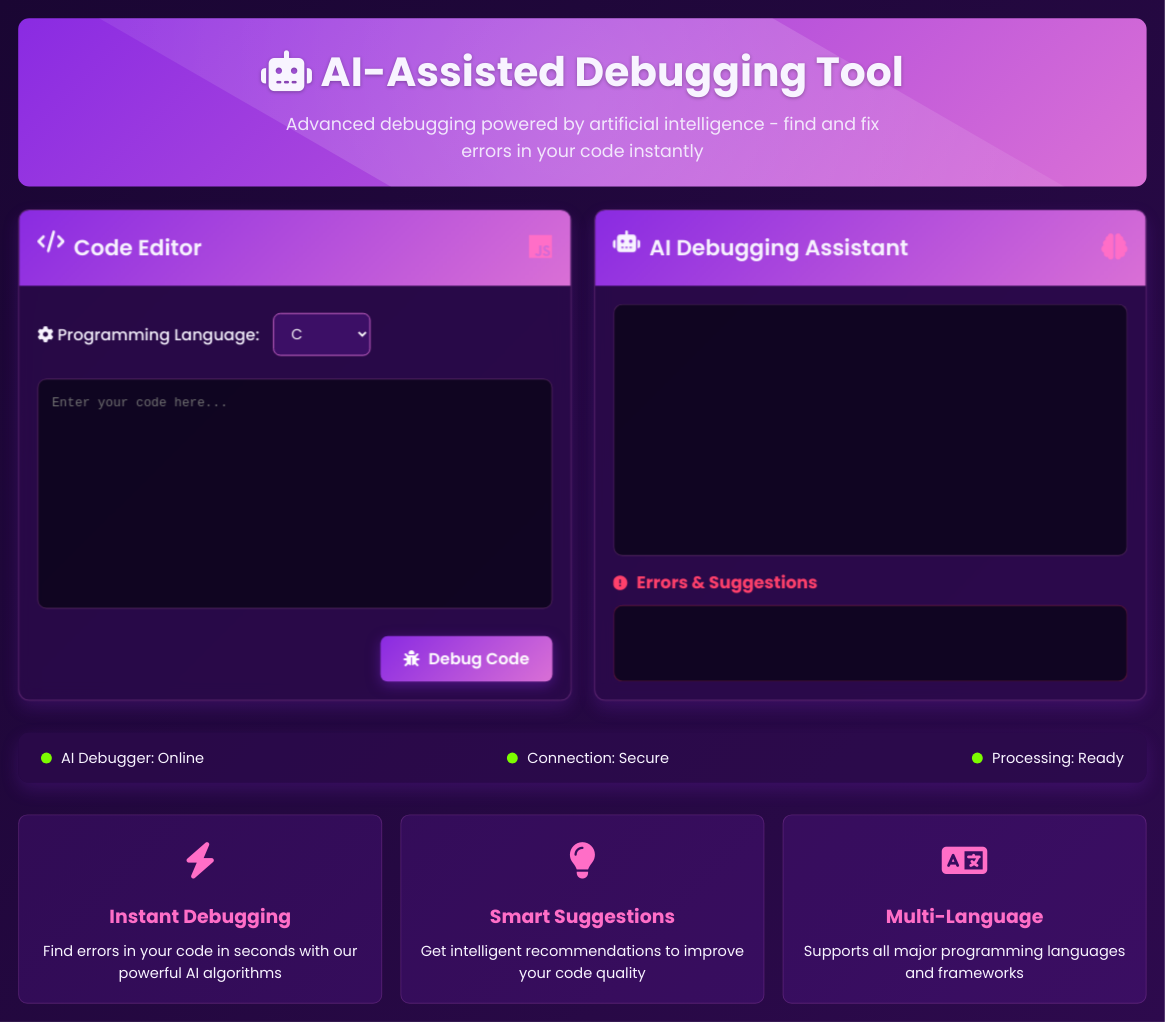
Repository: ujjwalkathait/AI-Asissted_Debugging_tool
Page: Frontend/public/index.html
The author's editor kept a copy of each file at every save. The page is drawn from the files as they stood at one save, then again after a run of saves.
The browser window is 1280 px wide. The pictures show the whole page, at 91% of full size.

Above is the page before, as saved 2025-07-13 22:46:48.

### Frontend/public/index.html
<!DOCTYPE html>
<html lang="en">
<head>
    <meta charset="UTF-8">
    <meta name="viewport" content="width=device-width, initial-scale=1.0">
    <title>AI-Assisted Debugging Tool</title>
    <link href="https://fonts.googleapis.com/css2?family=Poppins:wght@300;400;500;600;700&display=swap" rel="stylesheet">
    <link rel="stylesheet" href="https://cdnjs.cloudflare.com/ajax/libs/font-awesome/6.4.0/css/all.min.css">
    <link rel="stylesheet" href="style.css">
</head>
<body>
    <div class="container">
        <header>
            <h1><i class="fas fa-robot"></i> AI-Assisted Debugging Tool</h1>
            <p>Advanced debugging powered by artificial intelligence - find and fix errors in your code instantly</p>
        </header>

        <div class="main-content">
            <div class="panel">
                <div class="panel-header">
                    <div class="panel-title">
                        <i class="fas fa-code floating"></i>
                        <span>Code Editor</span>
                    </div>
                    <div class="language-icon">
                        <i class="fab fa-js"></i>
                    </div>
                </div>
                <div class="panel-body">
                    <div class="editor-container">
                        <div class="language-selector">
                            <label for="language-select"><i class="fas fa-cog"></i> Programming Language:</label>
                            <select id="language-select">
                                <option>C</option>
                                <option>C++</option>
                                <option>Python</option>
                                <option>Java</option>
                            </select>
                        </div>
                        <textarea class="code-editor" id="code-input" placeholder="Enter your code here..."></textarea>
                        <button class="debug-btn" id="debug-button">
                            <i class="fas fa-bug"></i> Debug Code
                        </button>
                    </div>
                </div>
            </div>

            <div class="panel">
                <div class="panel-header">
                    <div class="panel-title">
                        <i class="fas fa-robot floating"></i>
                        <span>AI Debugging Assistant</span>
                    </div>
                    <div class="language-icon">
                        <i class="fas fa-brain"></i>
                    </div>
                </div>
                <div class="panel-body">
                    <div class="output-container">
                        <div class="ai-output" id="debug-output">
</div>

                        <div class="error-container">
                            <div class="error-header">
                                <i class="fas fa-exclamation-circle"></i>
                                <h3>Errors & Suggestions</h3>
                            </div>
                            <div class="error-box" id="error-output"></div>
                        </div>
                    </div>
                </div>
            </div>
        </div>

        <div class="status-bar">
            <div class="status-item">
                <div class="status-indicator"></div>
                <span>AI Debugger: Online</span>
            </div>
            <div class="status-item">
                <div class="status-indicator"></div>
                <span>Connection: Secure</span>
            </div>
            <div class="status-item">
                <div class="status-indicator"></div>
                <span>Processing: Ready</span>
            </div>
        </div>

        <div class="feature-grid">
            <div class="feature-card">
                <div class="feature-icon">
                    <i class="fas fa-bolt"></i>
                </div>
                <h3>Instant Debugging</h3>
                <p>Find errors in your code in seconds with our powerful AI algorithms</p>
            </div>
            <div class="feature-card">
                <div class="feature-icon">
                    <i class="fas fa-lightbulb"></i>
                </div>
                <h3>Smart Suggestions</h3>
                <p>Get intelligent recommendations to improve your code quality</p>
            </div>
            <div class="feature-card">
                <div class="feature-icon">
                    <i class="fas fa-language"></i>
                </div>
                <h3>Multi-Language</h3>
                <p>Supports all major programming languages and frameworks</p>
            </div>
        </div>
    </div>

    <script src="script.js"></script>
</body>
</html>

### Frontend/public/style.css
:root {
    --primary: #8A2BE2;
    --secondary: #DA70D6;
    --accent: #FF6EC7;
    --dark: #2D0A4D;
    --light: #F8F4FF;
    --text: #4A2A7C;
    --success: #7CFC00;
    --error: #FF416C;
    --border-radius: 12px;
    --transition: all 0.3s ease;
    --box-shadow: 0 8px 20px rgba(138, 43, 226, 0.2);
    --gradient: linear-gradient(135deg, var(--primary), var(--secondary));
}

* {
    margin: 0;
    padding: 0;
    box-sizing: border-box;
    font-family: 'Poppins', sans-serif;
}

body {
    background: linear-gradient(135deg, #1a0633, #2d0a4d);
    color: var(--light);
    min-height: 100vh;
    padding: 20px;
    display: flex;
    justify-content: center;
    align-items: center;
}

.container {
    width: 100%;
    max-width: 1600px;
    display: flex;
    flex-direction: column;
    gap: 25px;
}

header {
    text-align: center;
    padding: 25px;
    background: var(--gradient);
    border-radius: var(--border-radius);
    box-shadow: var(--box-shadow);
    animation: pulse 3s infinite;
    position: relative;
    overflow: hidden;
}

header::before {
    content: "";
    position: absolute;
    top: -50%;
    left: -50%;
    width: 200%;
    height: 200%;
    background: radial-gradient(circle, rgba(255,255,255,0.2) 0%, rgba(255,255,255,0) 70%);
    transform: rotate(30deg);
}

header h1 {
    font-size: 2.8rem;
    font-weight: 700;
    margin-bottom: 10px;
    text-shadow: 0 2px 4px rgba(0,0,0,0.3);
    position: relative;
}

header p {
    font-size: 1.2rem;
    opacity: 0.9;
    max-width: 700px;
    margin: 0 auto;
    position: relative;
}

.main-content {
    display: flex;
    gap: 25px;
    height: 75vh;
}

.panel {
    background: rgba(45, 10, 77, 0.7);
    backdrop-filter: blur(10px);
    border-radius: var(--border-radius);
    box-shadow: var(--box-shadow);
    overflow: hidden;
    display: flex;
    flex-direction: column;
    border: 1px solid rgba(218, 112, 214, 0.3);
    flex: 1;
}

.panel-header {
    padding: 20px;
    background: var(--gradient);
    display: flex;
    justify-content: space-between;
    align-items: center;
}

.panel-title {
    font-size: 1.5rem;
    font-weight: 600;
    display: flex;
    align-items: center;
    gap: 10px;
}

.panel-body {
    padding: 20px;
    flex: 1;
    display: flex;
    flex-direction: column;
    overflow: hidden;
}

.editor-container {
    flex: 1;
    display: flex;
    flex-direction: column;
    gap: 15px;
}

.language-selector {
    display: flex;
    align-items: center;
    gap: 15px;
    padding: 10px 0;
}

.language-selector label {
    font-size: 1.1rem;
    font-weight: 500;
}

select {
    padding: 10px 15px;
    background: rgba(138, 43, 226, 0.2);
    border: 1px solid var(--secondary);
    border-radius: 8px;
    color: white;
    font-size: 1rem;
    cursor: pointer;
    transition: var(--transition);
    outline: none;
}

select:focus {
    box-shadow: 0 0 0 3px rgba(218, 112, 214, 0.4);
}

.code-editor {
    flex: 1;
    background: rgba(10, 5, 25, 0.8);
    border-radius: 10px;
    border: 1px solid rgba(218, 112, 214, 0.3);
    padding: 15px;
    font-family: 'Courier New', monospace;
    font-size: 14px;
    color: #E6D4FF;
    line-height: 1.5;
    resize: none;
    transition: var(--transition);
}

.code-editor:focus {
    border-color: var(--accent);
    box-shadow: 0 0 0 3px rgba(255, 110, 199, 0.2);
}

.debug-btn {
    padding: 12px 25px;
    background: var(--gradient);
    color: white;
    border: none;
    border-radius: 8px;
    font-size: 1.1rem;
    font-weight: 600;
    cursor: pointer;
    transition: var(--transition);
    display: flex;
    align-items: center;
    justify-content: center;
    gap: 10px;
    margin-top: 15px;
    align-self: flex-end;
    box-shadow: 0 4px 15px rgba(138, 43, 226, 0.4);
}

.debug-btn:hover {
    transform: translateY(-3px);
    box-shadow: 0 6px 20px rgba(138, 43, 226, 0.6);
}

.debug-btn:active {
    transform: translateY(1px);
}

.output-container {
    flex: 1;
    display: flex;
    flex-direction: column;
    gap: 15px;
    overflow: hidden;
}

.ai-output {
    flex: 1;
    background: rgba(10, 5, 25, 0.8);
    border-radius: 10px;
    border: 1px solid rgba(218, 112, 214, 0.3);
    padding: 15px;
    font-family: 'Courier New', monospace;
    font-size: 14px;
    color: #E6D4FF;
    line-height: 1.5;
    overflow-y: auto;
}

.error-container {
    flex: 0.5;

    display: flex;
    flex-direction: column;
    gap: 10px;
}

.error-header {
    display: flex;
    align-items: center;
    gap: 10px;
    color: var(--error);
}

.error-box {
    flex: 1;
    background: rgba(10, 5, 25, 0.8);
    border-radius: 10px;
    border: 1px solid rgba(255, 65, 108, 0.3);
    padding: 15px;
    font-family: 'Courier New', monospace;
    font-size: 14px;
    color: #FFA8BA;
    line-height: 1.5;
    overflow-y: auto;
}

.status-bar {
    display: flex;
    justify-content: space-between;
    padding: 15px 25px;
    background: rgba(45, 10, 77, 0.7);
    border-radius: var(--border-radius);
    box-shadow: var(--box-shadow);
    margin-top: 10px;
}

.status-item {
    display: flex;
    align-items: center;
    gap: 10px;
}

.status-indicator {
    width: 12px;
    height: 12px;
    border-radius: 50%;
    background: var(--success);
}

.status-indicator.error {
    background: var(--error);
}

.language-icon {
    font-size: 1.8rem;
    color: var(--accent);
}

.feature-grid {
    display: grid;
    grid-template-columns: repeat(3, 1fr);
    gap: 20px;
    margin-top: 10px;
}

.feature-card {
    background: rgba(138, 43, 226, 0.15);
    border-radius: 10px;
    padding: 20px;
    text-align: center;
    transition: var(--transition);
    border: 1px solid rgba(218, 112, 214, 0.2);
}

.feature-card:hover {
    transform: translateY(-5px);
    background: rgba(138, 43, 226, 0.25);
    box-shadow: 0 8px 20px rgba(138, 43, 226, 0.3);
}

.feature-icon {
    font-size: 2.5rem;
    color: var(--accent);
    margin-bottom: 15px;
}

.feature-card h3 {
    font-size: 1.3rem;
    margin-bottom: 10px;
    color: var(--accent);
}

/* Animations */
@keyframes pulse {
    0% { box-shadow: 0 0 0 0 rgba(138, 43, 226, 0.6); }
    70% { box-shadow: 0 0 0 15px rgba(138, 43, 226, 0); }
    100% { box-shadow: 0 0 0 0 rgba(138, 43, 226, 0); }
}

@keyframes float {
    0% { transform: translateY(0px); }
    50% { transform: translateY(-10px); }
    100% { transform: translateY(0px); }
}

.floating {
    animation: float 3s ease-in-out infinite;
}

/* Scrollbar styling */
::-webkit-scrollbar {
    width: 8px;
}

::-webkit-scrollbar-track {
    background: rgba(45, 10, 77, 0.3);
    border-radius: 4px;
}

::-webkit-scrollbar-thumb {
    background: var(--secondary);
    border-radius: 4px;
}

::-webkit-scrollbar-thumb:hover {
    background: var(--accent);
}

/* Responsive design */
@media (max-width: 1200px) {
    .main-content {
        flex-direction: column;
        height: auto;
    }

    .feature-grid {
        grid-template-columns: repeat(2, 1fr);
    }
}

@media (max-width: 768px) {
    .feature-grid {
        grid-template-columns: 1fr;
    }

    header h1 {
        font-size: 2.2rem;
    }

    .panel-header {
        padding: 15px;
    }
}

### Frontend/public/script.js
// document.addEventListener('DOMContentLoaded', function () {
//     const debugBtn = document.getElementById('debug-button');
//     const codeInput = document.getElementById('code-input');
//     const debugOutput = document.getElementById('debug-output');
//     const errorOutput = document.getElementById('error-output');
//     const languageSelect = document.getElementById('language-select');
//     const languageIcon = document.querySelector('.language-icon i');

//     // Language icons mapping
//     const languageIcons = {
//         'JavaScript': 'fab fa-js',
//         'Python': 'fab fa-python',
//         'Java': 'fab fa-java',
//         'C++': 'fas fa-c++',
//         'C': 'fas fa-c',
//         'TypeScript': 'fas fa-code',
//         'PHP': 'fab fa-php',
//         'Ruby': 'fas fa-gem'
//     };

//     // Update language icon when selection changes
//     languageSelect.addEventListener('change', function () {
//         const lang = this.value;
//         languageIcon.className = languageIcons[lang] || 'fas fa-code';
//     });

//     // Debug button functionality
//     debugBtn.addEventListener('click', async function () {
//         const code = codeInput.value.trim();
//         const language = languageSelect.value;

//         if (!code) {
//             errorOutput.innerHTML = `<pre style="color:orange;">⚠️ Please enter some code before debugging.</pre>`;
//             return;
//         }

//         // UI feedback
//         debugBtn.innerHTML = '<i class="fas fa-spinner fa-spin"></i> Debugging...';
//         debugBtn.disabled = true;
//         debugOutput.textContent = '';
//         errorOutput.innerHTML = '';

//         try {
//             const response = await fetch("http://localhost:3000/debug", {
//                 method: "POST",
//                 headers: {
//                     "Content-Type": "application/json"
//                 },
//                 body: JSON.stringify({ code, language })
//             });

//             if (!response.ok) {
//                 throw new Error("Server error while debugging.");
//             }

//             const result = await response.json();

//             // Show corrected code
//             // debugOutput.textContent = result.fixedCode || "// No corrections found.";
//             debugOutput.innerHTML = `<pre>${result.fixedCode || "// No corrections found."}</pre>`;


//             // Show errors or success
//             if (result.errors) {
//                 errorOutput.innerHTML = `<pre style="color:red;">${result.errors}</pre>`;
//             } else {
//                 errorOutput.innerHTML = `<pre style="color:lightgreen;">✅ No syntax errors detected.</pre>`;
//             }

//         } catch (err) {
//             errorOutput.innerHTML = `<pre style="color:red;">⚠️ Error: ${err.message}</pre>`;
//         } finally {
//             // Reset button state
//             debugBtn.innerHTML = '<i class="fas fa-bug"></i> Debug Code';
//             debugBtn.disabled = false;
//             debugBtn.style.background = 'linear-gradient(135deg, #00c853, #7cfc00)';
//             setTimeout(() => {
//                 debugBtn.style.background = 'var(--gradient)';
//             }, 2000);
//         }
//     });

//     // Add example code on first click (optional)
//     codeInput.addEventListener('click', function () {
//         if (this.value === '') {
//             this.value = '';
//         }
//     });
// });

document.addEventListener('DOMContentLoaded', function () {
    const debugBtn = document.getElementById('debug-button');
    const codeInput = document.getElementById('code-input');
    const debugOutput = document.getElementById('debug-output');
    const errorOutput = document.getElementById('error-output');
    const languageSelect = document.getElementById('language-select');
    const languageIcon = document.querySelector('.language-icon i');

    const languageIcons = {
        'JavaScript': 'fab fa-js',
        'Python': 'fab fa-python',
        'Java': 'fab fa-java',
        'C++': 'fas fa-c++',
        'C': 'fas fa-c',
        'TypeScript': 'fas fa-code',
        'PHP': 'fab fa-php',
        'Ruby': 'fas fa-gem'
    };

    languageSelect.addEventListener('change', function () {
        const lang = this.value;
        languageIcon.className = languageIcons[lang] || 'fas fa-code';
    });

    debugBtn.addEventListener('click', async function () {
        const code = codeInput.value.trim();
        const language = languageSelect.value;

        if (!code) {
            errorOutput.innerHTML = `<pre style="color:orange;">⚠️ Please enter some code before debugging.</pre>`;
            return;
        }

        debugBtn.innerHTML = '<i class="fas fa-spinner fa-spin"></i> Debugging...';
        debugBtn.disabled = true;
        debugOutput.textContent = '';
        errorOutput.innerHTML = '';

        try {
            const response = await fetch("http://localhost:3000/debug", {
                method: "POST",
                headers: {
                    "Content-Type": "application/json"
                },
                body: JSON.stringify({ code, language })
            });

            if (!response.ok) {
                throw new Error("Server error while debugging.");
            }

            const result = await response.json();

            debugOutput.innerHTML = `<pre>${result.fixedCode || "// No corrections found."}</pre>`;

            if (result.errors) {
                errorOutput.innerHTML = `<pre style="color:red;">${result.errors}</pre>`;
            } else {
                errorOutput.innerHTML = `<pre style="color:lightgreen;">✅ No syntax errors detected.</pre>`;
            }

            if (result.explanation) {
                errorOutput.innerHTML += `<br><pre style="color:deepskyblue;">💡 Gemini says: ${result.explanation}</pre>`;
            }

        } catch (err) {
            errorOutput.innerHTML = `<pre style="color:red;">⚠️ Error: ${err.message}</pre>`;
        } finally {
            debugBtn.innerHTML = '<i class="fas fa-bug"></i> Debug Code';
            debugBtn.disabled = false;
            debugBtn.style.background = 'linear-gradient(135deg, #00c853, #7cfc00)';
            setTimeout(() => {
                debugBtn.style.background = 'var(--gradient)';
            }, 2000);
        }
    });

    codeInput.addEventListener('click', function () {
        if (this.value === '') {
            this.value = '';
        }
    });
});

After the next 2 saves:
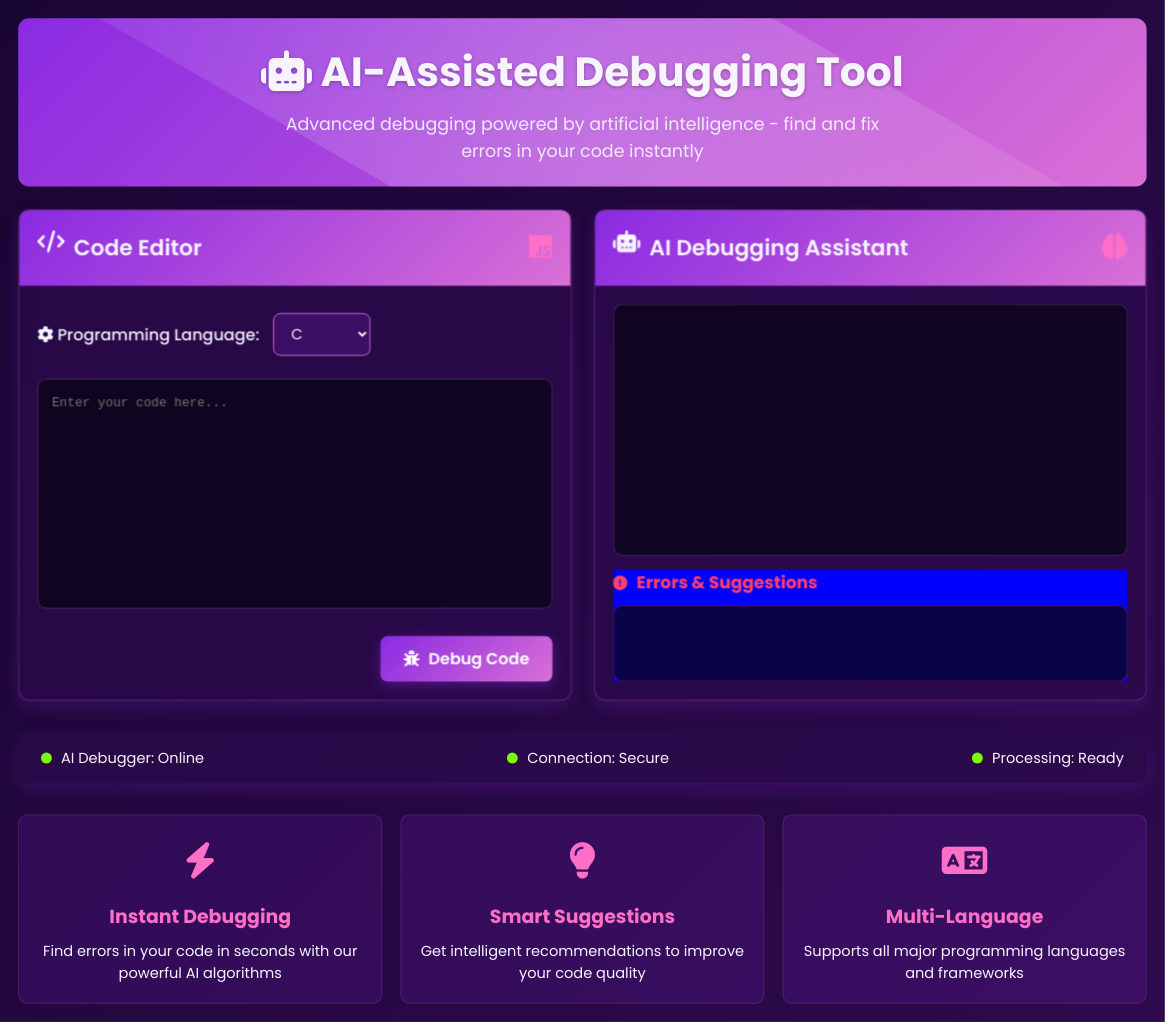
The 2 saves are shown as one change because they came seconds apart.
The last was saved 6 s later.
--- a/Frontend/public/style.css
+++ b/Frontend/public/style.css
@@ -223,7 +223,7 @@
 
 .error-container {
     flex: 0.5;
-
+    background-color: blue;
     display: flex;
     flex-direction: column;
     gap: 10px;

After the save that followed:
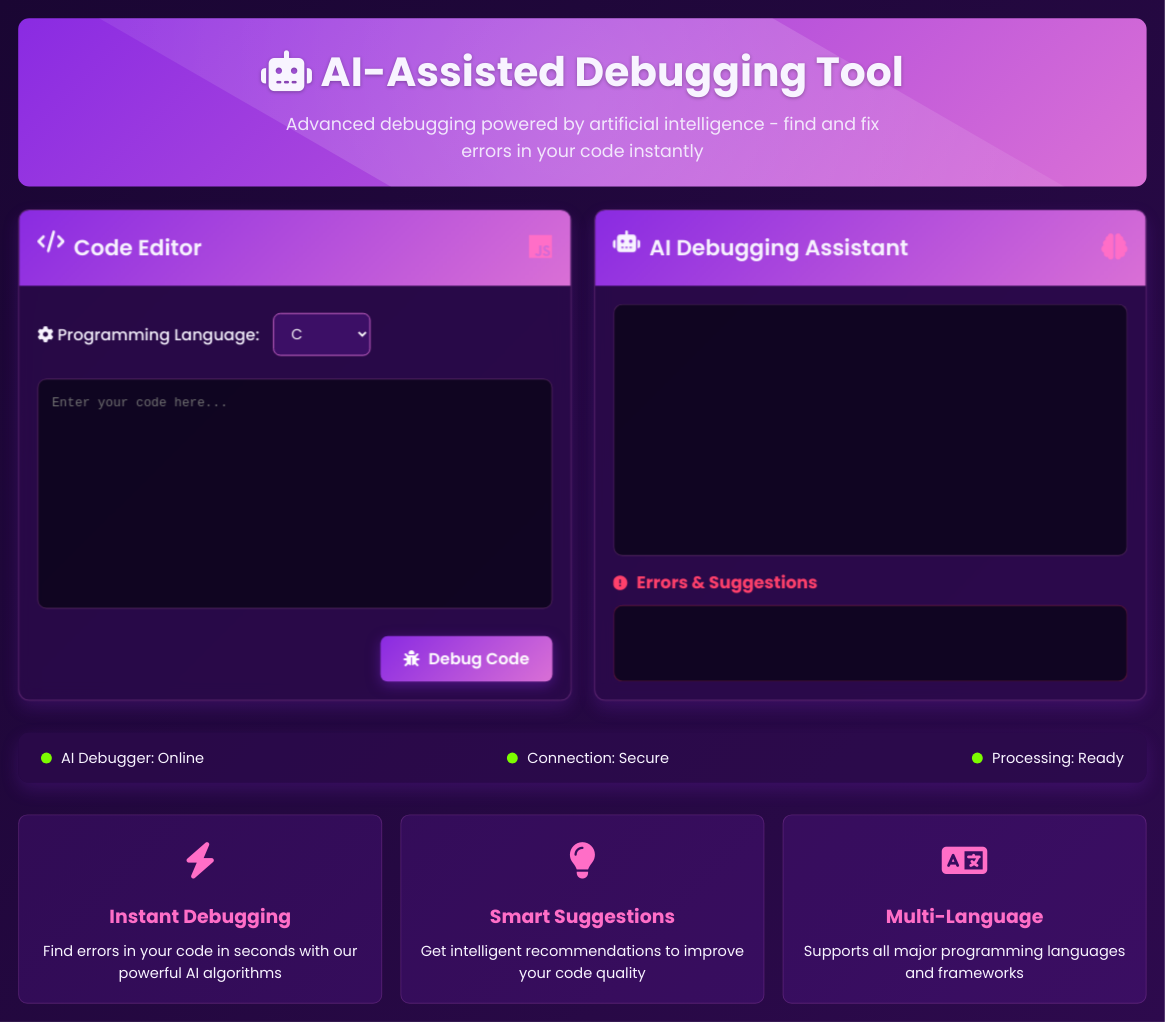
Saved 11 s later.
--- a/Frontend/public/style.css
+++ b/Frontend/public/style.css
@@ -223,7 +223,6 @@
 
 .error-container {
     flex: 0.5;
-    background-color: blue;
     display: flex;
     flex-direction: column;
     gap: 10px;
